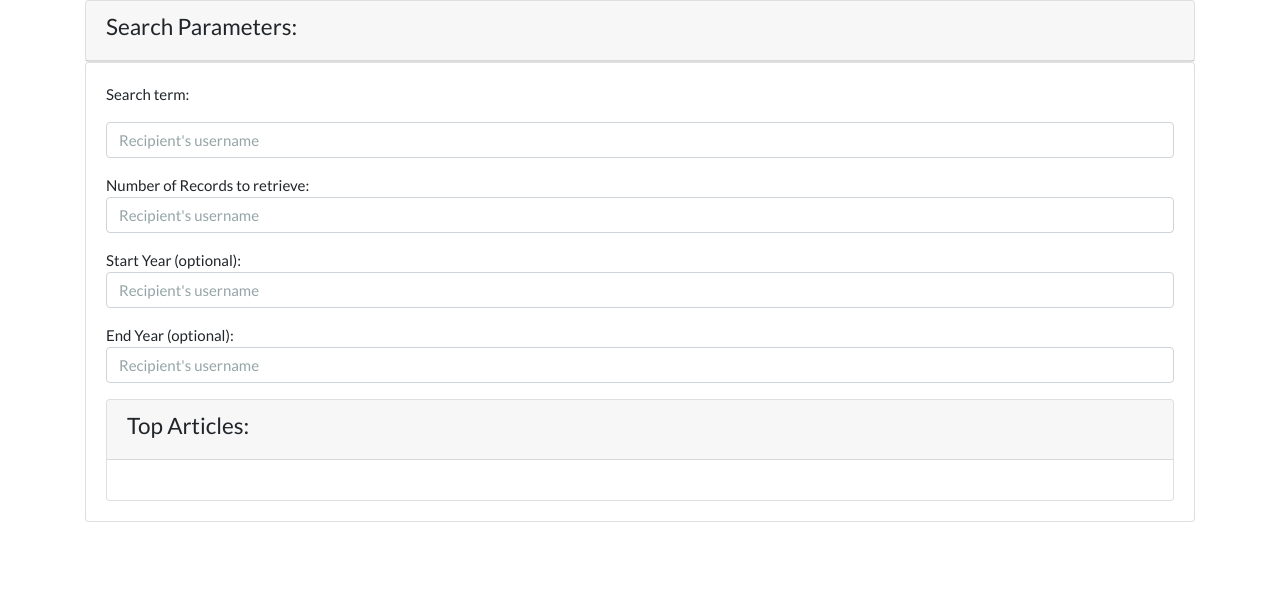
Repository: broganneagle/NYTSearch
Page: index.html
An editor plug-in stored every save of this project. The page is shown before and after the next save, followed by the edit.
The browser window is 1280 px wide. The pictures show the whole page.
Some web libraries are served in a nearby version.

Above is the page before, as saved 2020-06-26 13:54:19.

### index.html
<!DOCTYPE html>
<html lang="en">

<head>
    <meta charset="UTF-8">
    <meta name="viewport" content="width=device-width, initial-scale=1.0">
    <title>NYT Search</title>
    <link rel="stylesheet" href="https://stackpath.bootstrapcdn.com/bootstrap/4.3.1/css/bootstrap.min.css" />
    <link href="https://stackpath.bootstrapcdn.com/bootswatch/4.5.0/flatly/bootstrap.min.css" rel="stylesheet"
        integrity="sha384-mhpbKVUOPCSocLzx2ElRISIORFRwr1ZbO9bAlowgM5kO7hnpRBe+brVj8NNPUiFs" crossorigin="anonymous">
</head>

<body>
    <div class=container>
        <div class="card">
            <div class="card-header">
                <h4>Search Parameters:</h4>
            </div>
        </div>
        <div class="card">
            <div class="card-body">
               <p> Search term:</p>
                <div class="input-group mb-3">
                    <input type="text" class="form-control" placeholder="Recipient's username"
                        aria-label="Recipient's username" aria-describedby="button-addon2">
                </div>

                Number of Records to retrieve:
                <div class="input-group mb-3">

                    <input type="text" class="form-control" placeholder="Recipient's username"
                        aria-label="Recipient's username" aria-describedby="button-addon2">
                </div>

                Start Year (optional):
                <div class="input-group mb-3">
                    <input type="text" class="form-control" placeholder="Recipient's username"
                        aria-label="Recipient's username" aria-describedby="button-addon2">
                </div>

                End Year (optional):
                <div class="input-group mb-3">
                    <input type="text" class="form-control" placeholder="Recipient's username"
                        aria-label="Recipient's username" aria-describedby="button-addon2">
                </div>
                <div class="card">
                    <div class="card-header">
                        <h4>Top Articles:</h4>
                    </div>
                    <div class="card-body">
                    </div>
                </div>
            </div>

</body>

</html>

After the next save:
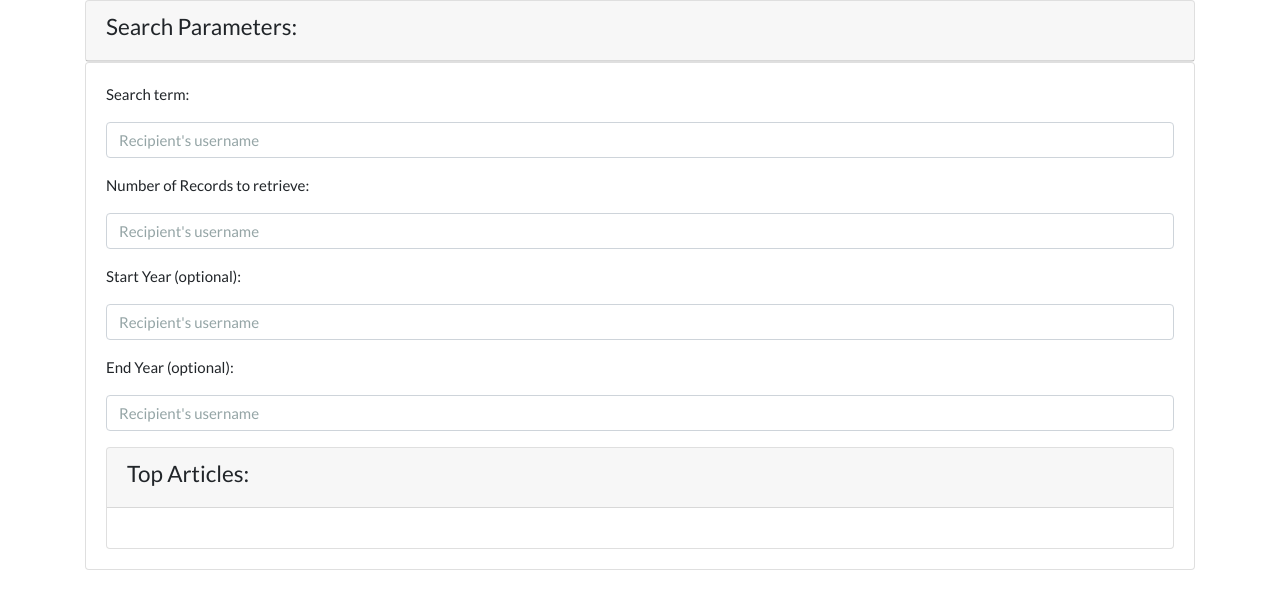
Saved 47 s later.
--- a/index.html
+++ b/index.html
@@ -25,20 +25,20 @@
                         aria-label="Recipient's username" aria-describedby="button-addon2">
                 </div>
 
-                Number of Records to retrieve:
+                <p>Number of Records to retrieve:</p>
                 <div class="input-group mb-3">
 
                     <input type="text" class="form-control" placeholder="Recipient's username"
                         aria-label="Recipient's username" aria-describedby="button-addon2">
                 </div>
 
-                Start Year (optional):
+                <p>Start Year (optional):</p>
                 <div class="input-group mb-3">
                     <input type="text" class="form-control" placeholder="Recipient's username"
                         aria-label="Recipient's username" aria-describedby="button-addon2">
                 </div>
 
-                End Year (optional):
+                <p>End Year (optional):</p>
                 <div class="input-group mb-3">
                     <input type="text" class="form-control" placeholder="Recipient's username"
                         aria-label="Recipient's username" aria-describedby="button-addon2">
